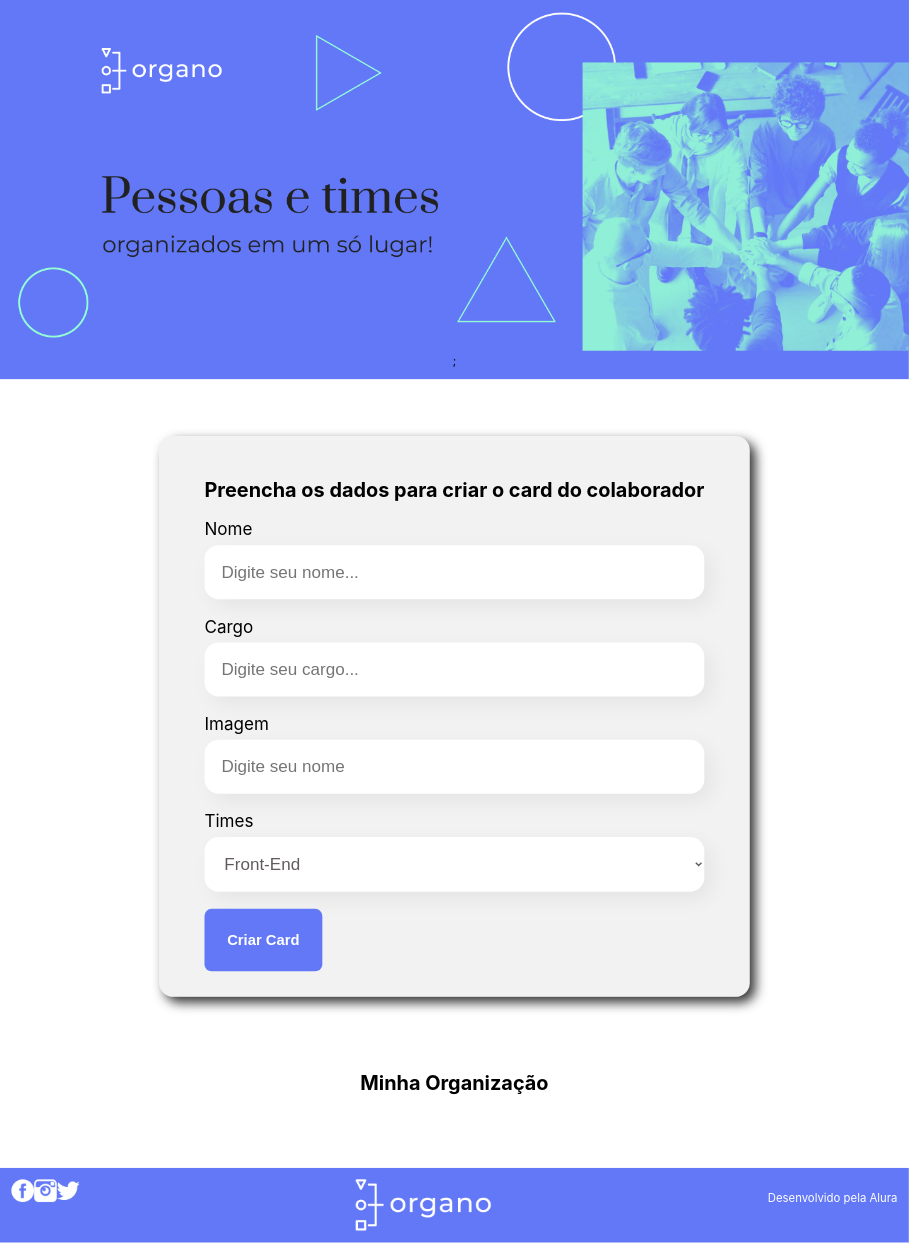
Repository: guilhermecardoso93/organo
Page: /
The author's editor kept a copy of each file at every save. The page is drawn from the files as they stood at one save, then again after the next save.
The browser window is 1280 px wide. The pictures show the whole page, at 71% of full size.
The project was rebuilt for these pictures with package versions that can differ from the ones it lists, and the page was loaded fresh each time. Also part of the build but not shown: src/components/Card/styles.css, src/components/Card/index.js, src/components/Time/styles.css, src/components/Time/index.js.

Above is the page before, as saved 2024-05-27 20:22:11.

After the next save:
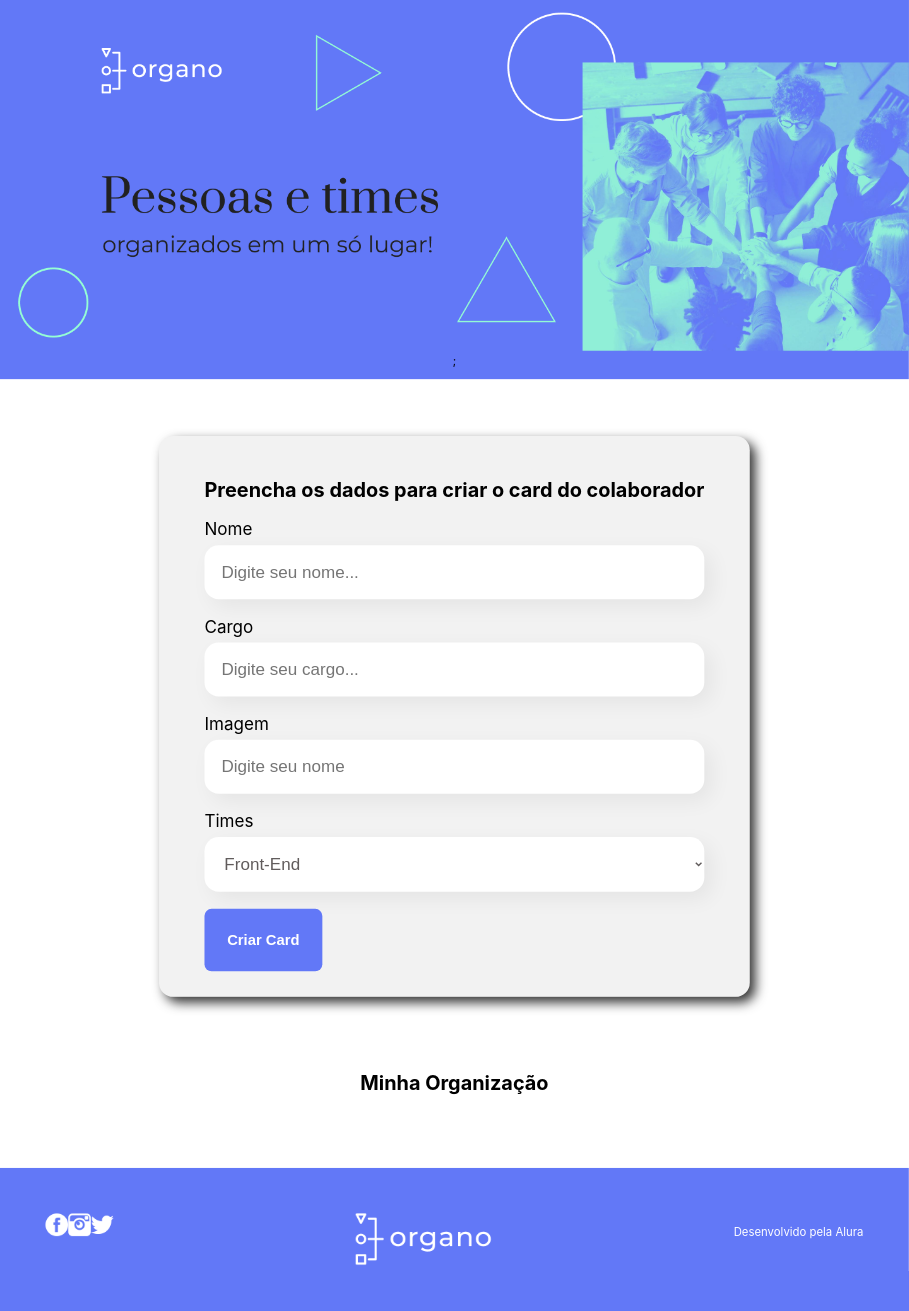
Saved 7 s later.
--- a/src/components/Footer/styles.css
+++ b/src/components/Footer/styles.css
@@ -5,5 +5,5 @@ footer {
   display: flex;
   flex-direction: row;
   justify-content: space-between;
-  padding: 1rem;
+  padding: 4rem;
 }
